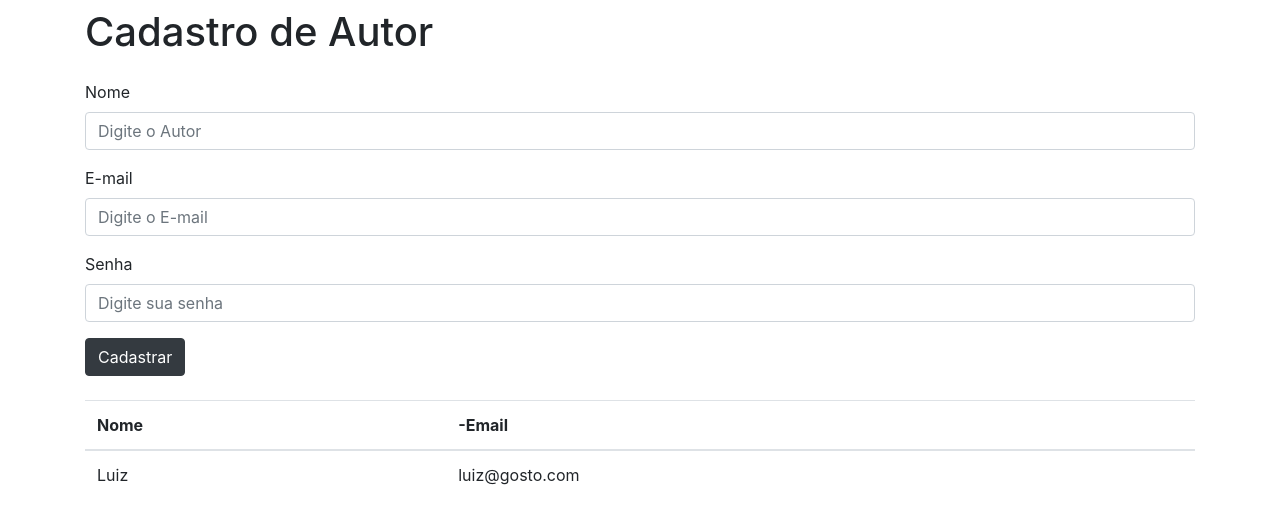
Repository: wellersonfc/simple-crud-react
Page: /
These files come from the project's save history. The page is drawn as it stood at one moment and after the next save; the edit follows.
The browser window is 1280 px wide. The pictures show the whole page.
The project was rebuilt for these pictures with package versions that can differ from the ones it lists, and the page was loaded fresh each time.

Above is the page before, as saved 2019-09-22 17:12:50.

After the next save:
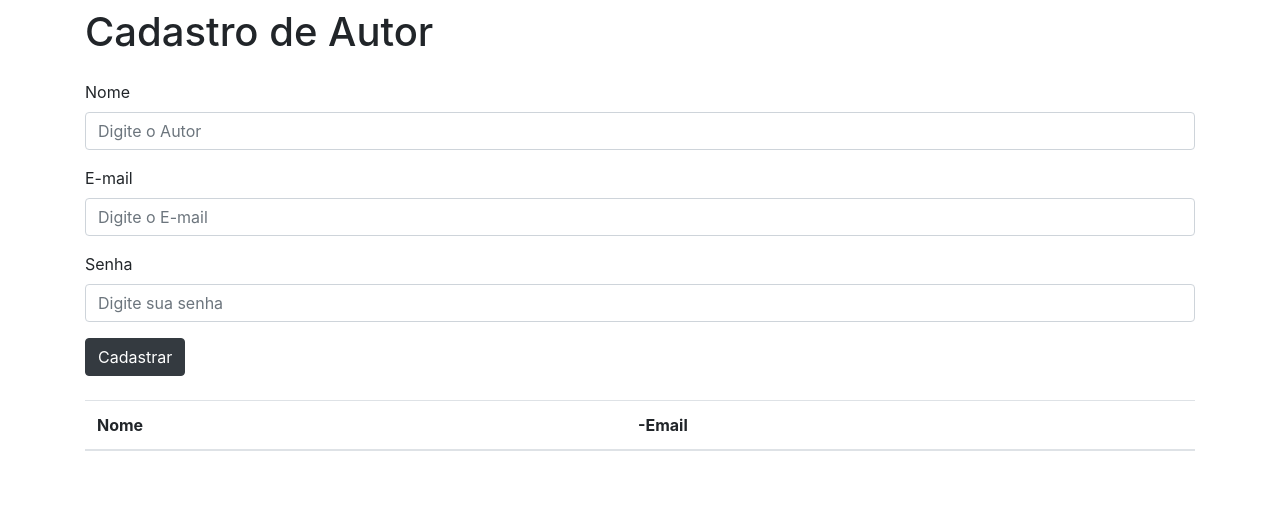
Saved 13 s later.
--- a/src/App.js
+++ b/src/App.js
@@ -6,7 +6,7 @@ class App extends Component {
 
   constructor(){
     super();
-    this.state = {lista : [{nome:'Luiz',email:'luiz@gosto.com', senha:'123456'}]};
+    this.state = {lista : []};
   }
   componentDidMount() {
     fetch("")
